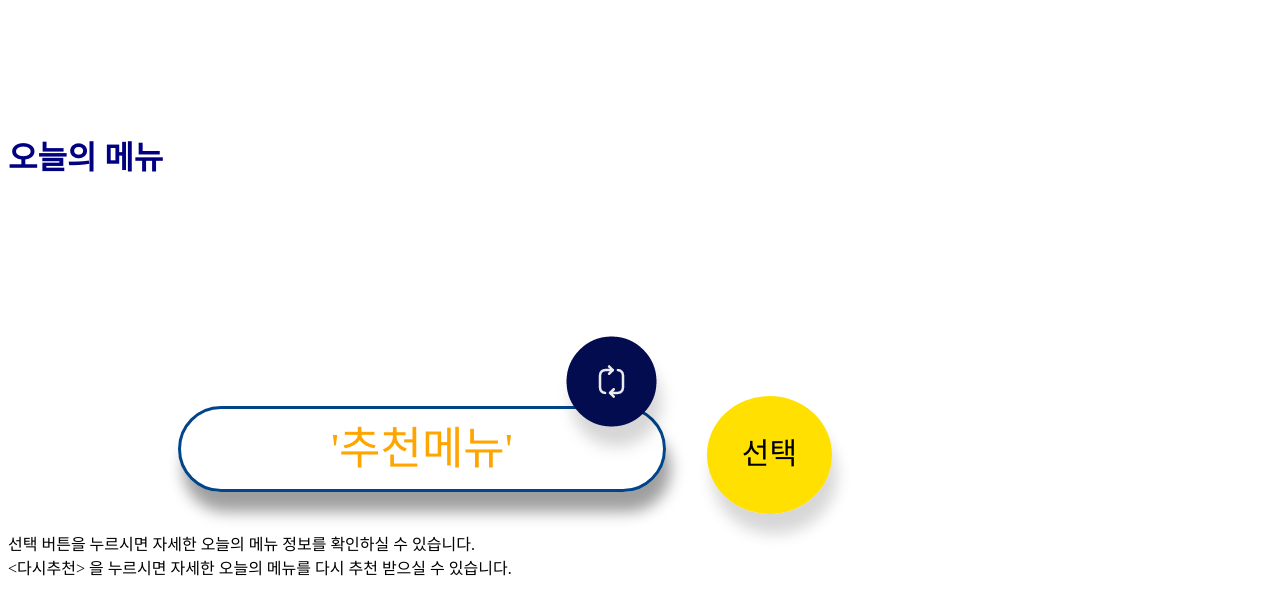
Repository: hkh00700/JustDoEat_Web
Page: http://localhost/justdoeat/WEB-INF/views/home.jsp
An editor plug-in stored every save of this project. The page is shown before and after the next save, followed by the edit.
The browser window is 1280 px wide. The pictures show the whole page.
The page is served by Tomcat 9. Nobody is signed in. The template is opened directly, without the code that normally fills it, so the values that code supplies are empty.

Above is the page before, as saved 2021-05-19 03:43:41.

After the next save:
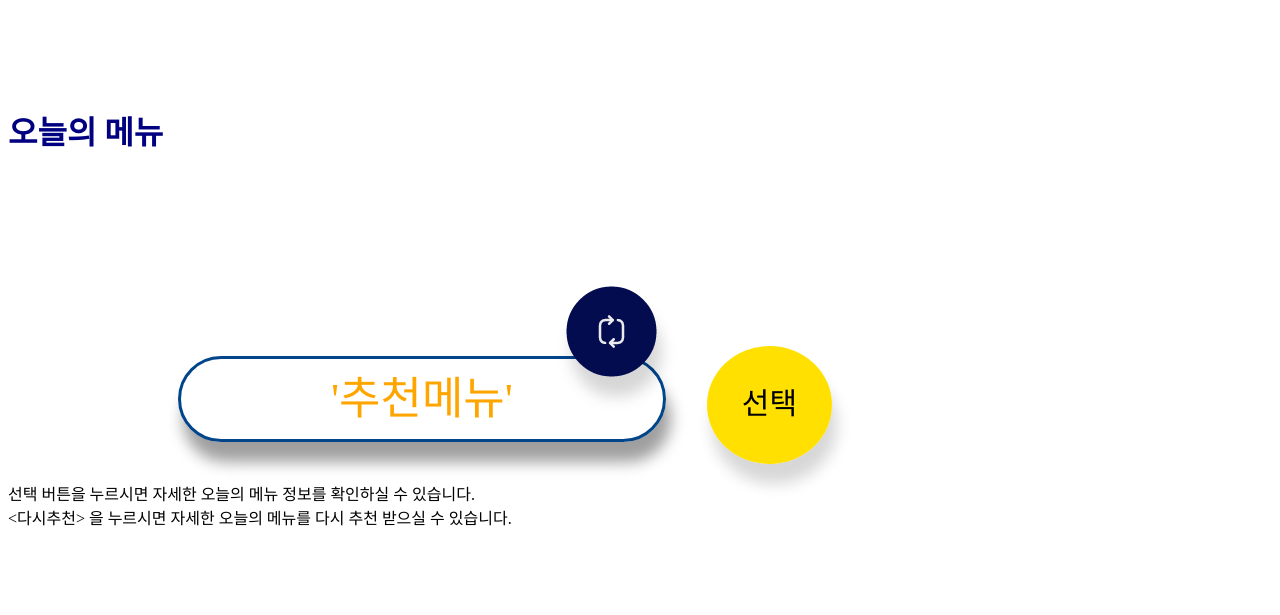
Saved 38 s later.
--- a/justdoeat/src/main/webapp/WEB-INF/views/home.jsp
+++ b/justdoeat/src/main/webapp/WEB-INF/views/home.jsp
@@ -11,8 +11,8 @@
 }
 
 h1{
-height: 300px;
-line-height: 300px;
+height: 250px;
+line-height: 250px;
 color: navy;
 }
 .content a:first-of-type{
